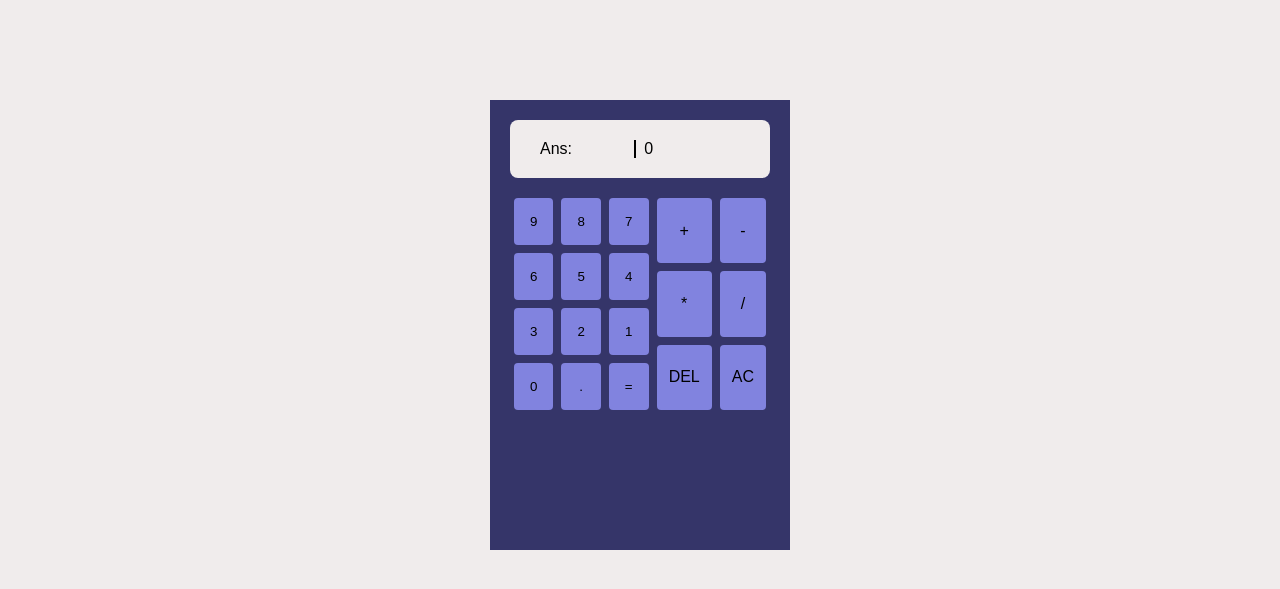
Repository: Bishek666/simple-calculator
Page: /
The author's editor kept a copy of each file at every save. The page is drawn from the files as they stood at one save, then again after the next save.
The browser window is 1280 px wide. The pictures show the whole page.
The project was rebuilt for these pictures with package versions that can differ from the ones it lists, and the page was loaded fresh each time.

Above is the page before, as saved 2021-10-26 17:09:39.

### src/index.css
:root {
    --primary: #030546c9;
    --secondary: #9699ffc9;
    --dark: #0908088a;
    --light: rgb(240, 236, 236);
}

* {
    margin: 0;
    padding: 0;
    box-sizing: border-box;
    font-family: sans-serif;
}

body {
    background-color: var(--light);
}

button {
    display: inline-block;
    padding: 1rem;
    margin: 4px;
    background-color: var(--secondary);
    outline: none;
    border: transparent;
    border-radius: 4px;
    cursor: pointer;
}

.container-calculator {
    display: flex;
    flex-direction: column;
    align-items: start;
    justify-content: start;
    background-color: var(--primary);
    height: 450px;
    width: 300px;
    margin: 100px auto;
    padding: 20px;
}

.display-calculation {
    display: flex;
    justify-content: space-between;
    align-items: center;
    padding: 20px 30px;
    width: 100%;
    background-color: var(--light);
    border-radius: 8px;
    margin-bottom: 1rem;
}
.answer-area {
    width: 50%;
    border-right: 2px solid black;
    padding-right: 8px;
    margin-right: 8px;
}
.calculation-area {
    width: 50%;
}

.button-input {
    display: flex;
    justify-content: space-between;
    width: 100%;
}

.digits {
    display: grid;
    grid-template-columns: repeat(3, 1fr);
}

.operators {
    display: grid;
    grid-template-columns: repeat(2, 1fr);
}

.operators button {
    padding: 12px;
    font-size: 16px;
}

### src/App.js
import { useState } from 'react';

function App() {
    const [calc, setCalc] = useState('');
    const [result, setResult] = useState('');

    const ops = ['/', '*', '+', '-', '.'];

    const updateCalc = (value) => {
        if ((ops.includes(value) && calc && !result === '') || (ops.includes(value) && ops.includes(calc.slice(-1)) && !result === '')) {
            return;
        }
        setCalc(calc + value);

        if (!ops.includes(value)) {
            setResult(eval(calc + value).toString());
        }
    };

    const calculate = () => {
        if (calc) {
            setCalc(eval(calc).toString());
        }

        if (!result && !calc === '') {
            return;
        }
        if (result && !calc) {
            setCalc(result);
        }
    };

    const deleteLastValue = () => {
        if (calc === '') {
            return;
        }

        setCalc(calc.slice(0, -1));
    };

    const resetAll = () => {
        if (calc === '') {
            return;
        }

        setCalc('');
    };

    const addDigits = () => {
        const digits = [];

        for (let i = 1; i < 10; i++) {
            digits.unshift(
                <button onClick={() => updateCalc(i.toString())} key={i}>
                    {i}
                </button>
            );
        }

        return digits;
    };
    return (
        <div className='container-calculator'>
            <div className='display-calculation'>
                <div className='answer-area'>Ans:{result ? <span>({result})</span> : ''}</div>

                <div className='calculation-area'>{calc || '0'}</div>
            </div>
            <div className='button-input'>
                <div className='digits'>
                    {addDigits()}
                    <button onClick={() => updateCalc('0')}>0</button>
                    <button onClick={() => updateCalc('.')}>.</button>
                    <button onClick={calculate}>=</button>
                </div>
                <div className='operators'>
                    <button onClick={() => updateCalc('+')}>+</button>
                    <button onClick={() => updateCalc('-')}>-</button>
                    <button onClick={() => updateCalc('*')}>*</button>
                    <button onClick={() => updateCalc('/')}>/</button>
                    <button onClick={() => deleteLastValue()}>DEL</button>
                    <button onClick={() => resetAll()}>AC</button>
                </div>
            </div>
        </div>
    );
}

export default App;

Loaded but not shown: public/index.html (common file); src/index.js (common file)

After the next save:
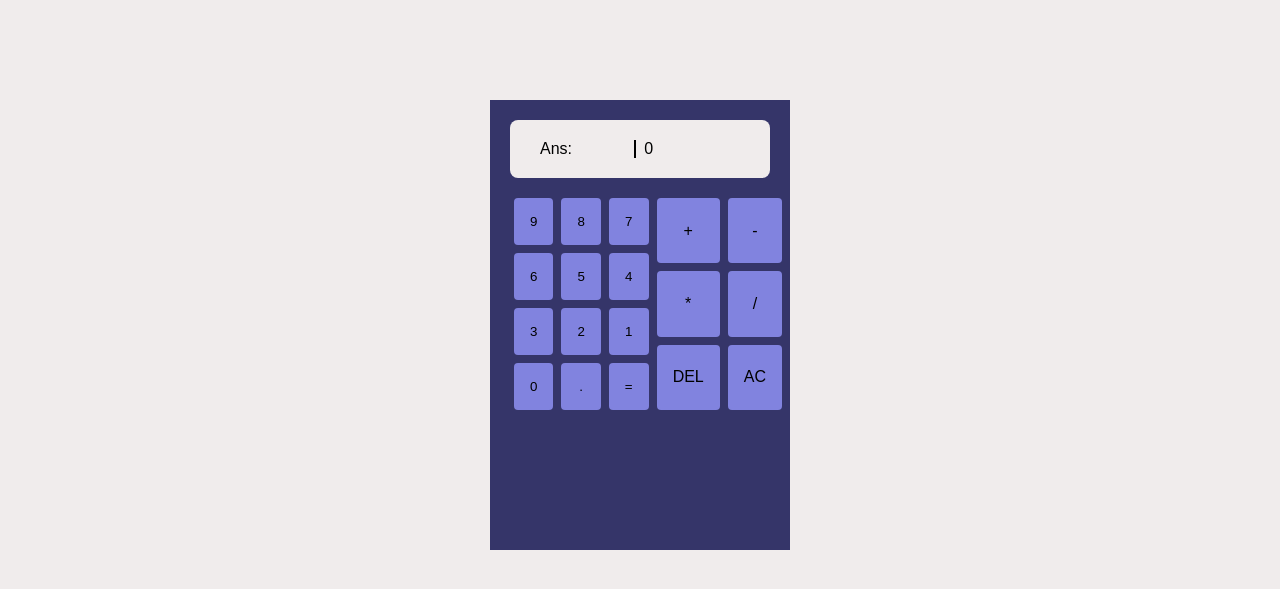
Saved 64 s later.
--- a/src/index.css
+++ b/src/index.css
@@ -76,6 +76,5 @@
 }
 
 .operators button {
-    padding: 12px;
     font-size: 16px;
 }

After the save that followed:
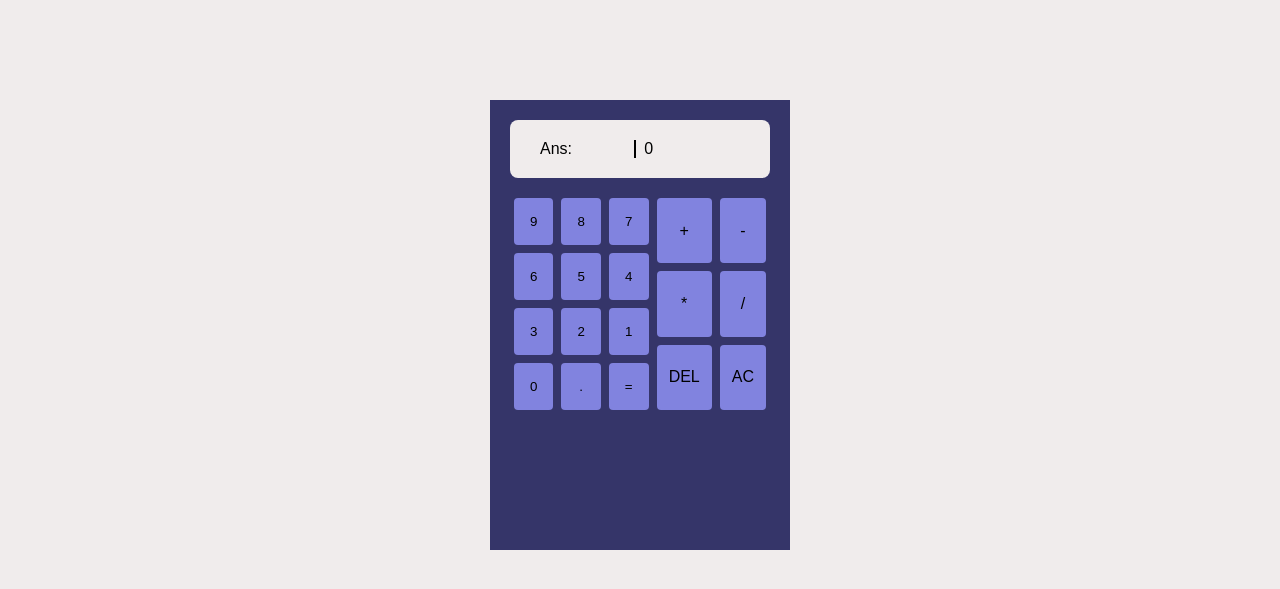
Saved 9 s later.
--- a/src/index.css
+++ b/src/index.css
@@ -76,5 +76,6 @@
 }
 
 .operators button {
+    padding: 12px;
     font-size: 16px;
 }
